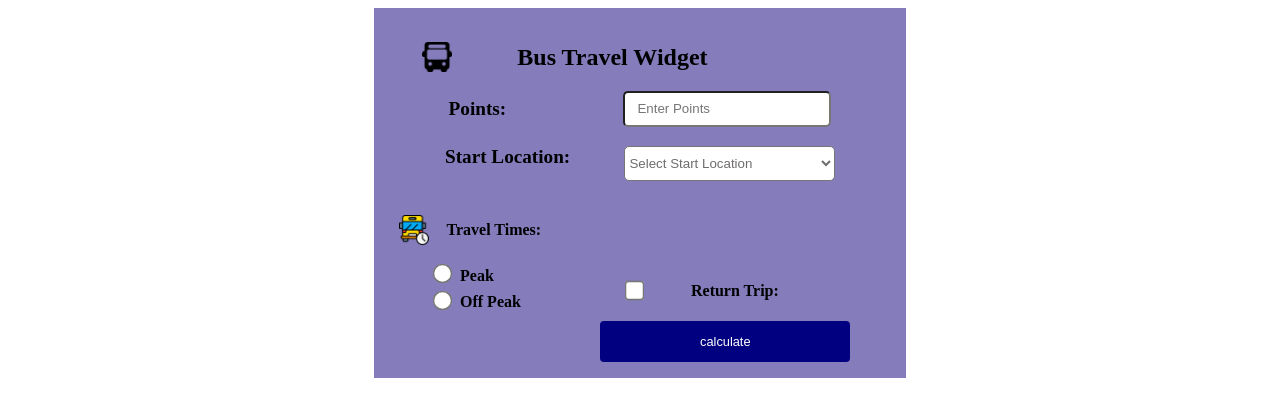
Repository: lasity34/bus_travel
Page: index.html
An editor plug-in stored every save of this project. The page is shown before and after the next save, followed by the edit.
The browser window is 1280 px wide. The pictures show the whole page.

Above is the page before, as saved 2023-05-31 11:11:33.

### index.html
<!DOCTYPE html>
<html lang="en">
  <head>
    <meta charset="UTF-8" />
    <meta http-equiv="X-UA-Compatible" content="IE=edge" />
    <meta name="viewport" content="width=device-width, initial-scale=1.0" />
    <link href="./style.css" rel="stylesheet" />
    <title>Bus travel</title>
  </head>
  <body>
    <div class="widget_container">
      <header>
        <img src="./images/bus.png" width="30" height="30" />
        <h2>Bus Travel Widget</h2>
      </header>
      <section>
        <div class="points_container">
          <label for="points">Points:</label>
          <input
            type="number"
            name="points"
            id="points"
            placeholder="Enter Points"
          />
        </div>
        <div class="start_location_container">
          <label for="dropdown">Start Location:</label>
          <select id="dropdown" name="dropdown">
            <option value="select_location">Select Start Location</option>
            <option value="atlantis">Atlantis</option>
            <option value="pinelands">Pinelands</option>
            <option value="milnerton">Milnerton</option>
          </select>
        </div>
      </section>
      <section class="calculate_container">
        <div class="calculate_title">
          <img src="./images/bus_time.png" width="30" height="30" />
          <h4>Travel Times:</h4>
        </div>
        <div class="input_container">
          <div class="calculate_input">
            <input type="radio" id="peak" name="time" value="peak" />
            <label for="peak">Peak</label><br />
            <input type="radio" id="off-peak" name="time" value="off-peak" />
            <label for="off-peak">Off Peak</label><br />
          </div>
          <div class="check_calculate">
            <div class="check_box">

                <input type="checkbox" name="return">
                <h4>Return Trip:</h4>
            </div>
              <button class="calculate_btn">calculate</button>
          </div>
        </div>
      </section>

      <script src="./bus_travel_factory.js"></script>
      <script src="./bus_travel.js"></script>
    </div>
  </body>
</html>

### style.css


.widget_container {
   margin: 0 auto;
   display: flex;
   flex-direction: column;
   justify-content: center;
    background-color: rgb(132, 124, 187);
    width: 70%;
    max-width: 500px;
    font-weight: bold;
    padding: 1em;
}

header {
    display: flex;
    align-items: center;
    justify-content: space-around;
    width: 70%;
}

.points_container  {
    display: flex;
    width: 100%;
    justify-content: space-around;
    align-items: center;
}

.points_container label {
    font-size: 1.2rem;
}

.points_container input {
    border-radius: 5px;
    height: 30px;
    text-indent: 10px;
    width: 40%;
}

input[type='number']::-webkit-inner-spin-button,
input[type='number']::-webkit-outer-spin-button {
    -webkit-appearance: none;
    margin: 0;
}

input[type='number'] {
    -moz-appearance: textfield;
}

.start_location_container {
    padding: 1em 0;
    display: flex;
    margin: 0 auto;
    justify-content: space-between;
    width: 78%;
    font-size: 1.2rem;
    max-width: 500px;
}

select {
    background-color: white;
    width: 54%;
    height: 35px;
    border-radius: 5px;
    color: rgb(111, 108, 108);
}

option {
    font-weight: lighter;

}

button {
    background-color: #000080; /* Dark Blue */
    border: none;
    color: white;
    text-align: center;
    display: inline-block;
    font-size:0.8rem;
    transition-duration: 0.4s;
    cursor: pointer;
    padding: 1em 1.5em;
    border-radius: 4px;
    width: 100%;
    margin: 0 auto;
  }

  button:hover {
    background-color: #0000FF; /* Blue */
    color: white;
  }

  .calculate_title {
    display: flex;
    width: 32%;
    justify-content: space-around;
    align-content: center;
  }

  .calculate_title img {
    align-self: center;
  }

  input[type="radio"], input[type="checkbox"] {
    transform: scale(1.5); /* Adjust the scale factor as needed */
    margin: 0.5em;
}

.input_container {
    display: flex;
    justify-content: space-around;
}

.check_calculate {
    width: 50%;
}

.check_box {
    display: flex;
    justify-content: space-around;
    width: 80%;
}

### bus_travel_factory.js



function bus_travel_factory() {

    let points = 0
    let location = ""

    function points_input(input) {
        points = input
    }




    function bus_location(input) {
        if (input === "milnerton") {
            location = "milnerton"
        } else if (input === "atlantis") {
            location = 'atlantis'
        } else if (input === 'pinelands') {
            location = 'pinelands'
        } else if (input === 'select_location') {
            location = 'select_location'
        }
    }



    function points_value() {
        return points
    }

    function location_return() {
        return location
    }


    return {
        points_input,
        points_value,
        bus_location,
        location_return
    }
}

### bus_travel.js

const points_value = document.querySelector("#points").value
const calculate_btn = document.querySelector(".calculate_btn")
const location_select = document.querySelector("#dropdown")

const bus_instance = bus_travel_factory()

function bus_travel() {

    bus_instance.points_input(points_value)
}

function bus_location() {
    const selected_value = this.value
    bus_instance.bus_location(selected_value)
}

location_select.addEventListener("change", bus_location)


calculate_btn.addEventListener("click", bus_travel)

After the next save:
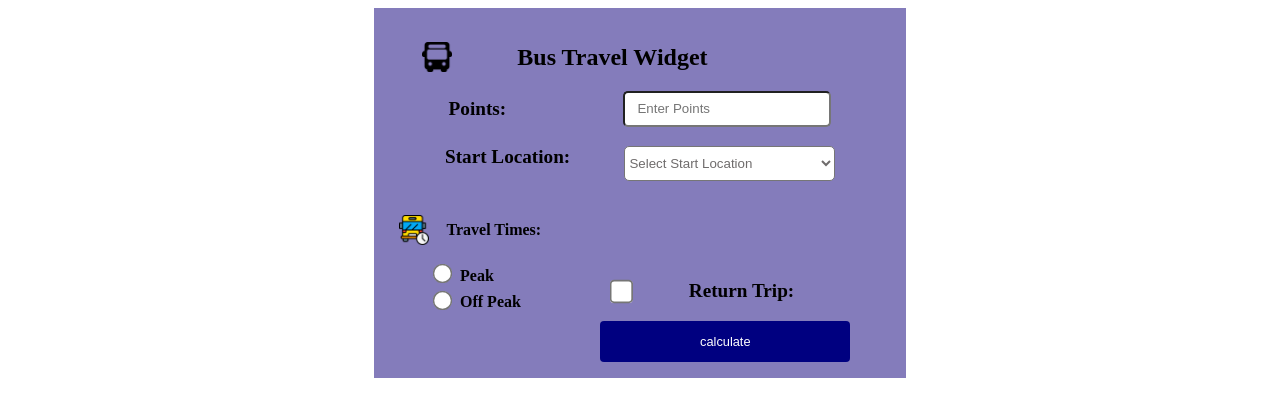
Saved 20 s later.
--- a/style.css
+++ b/style.css
@@ -119,4 +119,5 @@ button {
     display: flex;
     justify-content: space-around;
     width: 80%;
+    transform: scale(1.2)
 }
